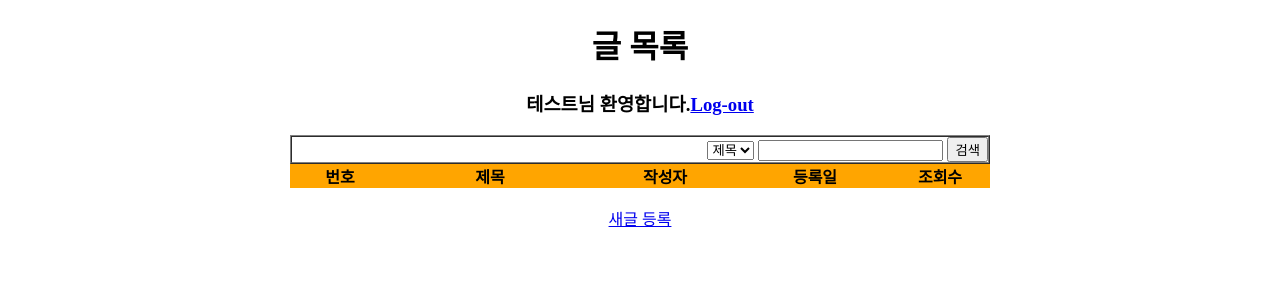
Repository: helena0207/SpringPro
Page: http://localhost/BoardWeb/geBoardList.jsp
An editor plug-in stored every save of this project. The page is shown before and after the next save, followed by the edit.
The browser window is 1280 px wide. The pictures show the whole page.
The page is served by Tomcat 9. Other server files are loaded and not shown. Queries for data that is not in the repository find no rows.

Above is the page before, as saved 2020-12-02 02:37:45.

### BoardWeb/src/main/webapp/geBoardList.jsp
<%@ page import="java.util.List" %>
<%@ page import="com.springbook.biz.board.impl.BoardDAO" %>
<%@ page import="com.springbook.biz.board.BoardVO" %>
<%@ page language="java" contentType="text/html; charset=EUC-KR"
    pageEncoding="EUC-KR"%>

<%
	//1. 사용자 입력 정보 추출(검색 기능은 나중에 구현)
	//2. DB연동 처리
	BoardVO vo=new BoardVO();
	BoardDAO boardDAO=new BoardDAO();
	List<BoardVO> boardList=boardDAO.getBoardList(vo);

	//3. 응답화면 구성
%>
<!DOCTYPE html>
<html>
<head>
<meta http-equiv="Content-Type" content="text/html; charset=EUC-KR">
<title>글 목록</title>
</head>
<body>
<center>
<h1>글 목록</h1>
<h3>테스트님 환영합니다.<a href="logout_proc.jsp">Log-out</a></h3>

<!-- 검색시작 -->
<form action="getBoardList.jsp" method="post">
<table border="1" cellpadding="0" cellspacing="0" width="700">
<tr>
	<td align="right">
	<select name="searchCondition">
	<option value="TITLE">제목
	<option value="CONTENT">내용
	</select>
	<input name="searchKeyword" type="text"/>
	<input type="submit" value="검색"/>
	</td>
</tr>
</table>
</form>

<!-- 검색 종료 -->
<table board="1" cellpadding="0" cellspacing="0" width="700">
<tr>
	<th bgcolor="orange" width="100">번호</th>
	<th bgcolor="orange" width="200">제목</th>
	<th bgcolor="orange" width="150">작성자</th>
	<th bgcolor="orange" width="150">등록일</th>
	<th bgcolor="orange" width="100">조회수</th>
</tr>
<% for(BoardVO board:boardList){ %>
<tr>
	<td><%=board.getSeq() %></td>
	<td align="left"><a href="getBoard.jsp?seq=<%=board.getSeq() %>"><%= board.getTitle() %></a></td>
	<td><%=board.getWriter() %></td>
	<td><%=board.getRegDate() %></td>
	<td><%=board.getCnt() %></td>
</tr>
<%} %>
</table>
<br>
<a href="insertBoard.jsp">새글 등록</a>
</center>

</body>
</html>

### BoardWeb/src/main/java/com/springbook/biz/board/BoardVO.java
package com.springbook.biz.board;

import java.sql.Date;

public class BoardVO {
	private int seq;
	private String title;
	private String writer;
	private String content;
	private Date regDate;
	private int cnt;

	public int getSeq() {
		return seq;
	}
	public void setSeq(int seq) {
		this.seq = seq;
	}
	public String getTitle() {
		return title;
	}
	public void setTitle(String title) {
		this.title = title;
	}
	public String getWriter() {
		return writer;
	}
	public void setWriter(String writer) {
		this.writer = writer;
	}
	public String getContent() {
		return content;
	}
	public void setContent(String content) {
		this.content = content;
	}
	public Date getRegDate() {
		return regDate;
	}
	public void setRegDate(Date regDate) {
		this.regDate = regDate;
	}
	public int getCnt() {
		return cnt;
	}
	public void setCnt(int cnt) {
		this.cnt = cnt;
	}
	@Override
	public String toString() {
		return "BoardVO [seq=" + seq + ", title=" + title + ", writer=" + writer + ", content=" + content + ", regDate="
				+ regDate + ", cnt=" + cnt + "]";
	}
}

### BoardWeb/src/main/java/com/springbook/biz/board/impl/BoardDAO.java
package com.springbook.biz.board.impl;

import java.sql.Connection;
import java.sql.PreparedStatement;
import java.sql.ResultSet;
import java.util.ArrayList;
import java.util.List;

import org.springframework.stereotype.Repository;

import com.springbook.biz.board.BoardVO;
import com.springbook.biz.common.JDBCUtil;

//DAO(data access Object)
@Repository("boardDAO") //클래스 객체 이름 첫글자를 소문자로 변경한다. 기본 생성자가 있어야 한다.
public class BoardDAO {
	//JDBC 관련 변수
	private Connection conn=null;
	private PreparedStatement stmt=null;
	private ResultSet rs=null;

	//SQL 명령어들
	private final String BOARD_INSERT="insert into board(seq, title, writer,content) values((select nvl(max(seq),0)+1 from board),?,?,?)";
	private final String BOARD_UPDATE="update board set title=?, content=? where seq=?";
	private final String BOARD_DELETE="delete board where seq=?";
	private final String BOARD_GET="select * from board where seq=?";
	private final String BOARD_LIST="select * from board order by seq desc limit 5";

	//CRUD기능의 메소드 구현
	//글 등록
	public void insertBoard(BoardVO vo) {
		System.out.println("==>JDBC로 insertBoard() 기능 처리");
		try {
			conn=JDBCUtil.getConnection();
			stmt=conn.prepareStatement(BOARD_INSERT);
			stmt.setString(1,  vo.getTitle());
			stmt.setString(2, vo.getWriter());
			stmt.setString(3, vo.getContent());
			stmt.executeUpdate();

		}catch(Exception e){
			e.printStackTrace();
		}finally {
			JDBCUtil.close(stmt, conn);
		}
	}
	//글 수정
	public void updateBoard(BoardVO vo) {
		System.out.println("==>JDBC로 updateBoard()기능 처리");
		try {
			conn=JDBCUtil.getConnection();
			stmt=conn.prepareStatement(BOARD_UPDATE);
			stmt.setString(1, vo.getTitle());
			stmt.setString(2, vo.getWriter());
			stmt.setString(3, vo.getContent());
			stmt.executeUpdate();
		}catch (Exception e) {
			e.printStackTrace();
		}finally {
			JDBCUtil.close(stmt, conn);
		}
	}
	//글 삭제
	public void deleteBoard(BoardVO vo) {
		System.out.println("==>JDBC로 deleteBoard()기능 처리");
		try {
			conn=JDBCUtil.getConnection();
			stmt=conn.prepareStatement(BOARD_DELETE);
			stmt.setInt(1,vo.getSeq());
			stmt.executeUpdate();
		}catch (Exception e) {
			e.printStackTrace();
		}finally {
			JDBCUtil.close(stmt, conn);
		}
	}
	//글 상세 조회
	public BoardVO getBoard(BoardVO vo) {
		System.out.println("==> JDBC로 getBoard()기능 처리");
		BoardVO board=null;
		try {
			conn=JDBCUtil.getConnection();
			stmt=conn.prepareStatement(BOARD_GET);
			stmt.setInt(1, vo.getSeq());
			rs=stmt.executeQuery();
			if(rs.next()) {
				board=new BoardVO();
				board.setSeq(rs.getInt("SEQ"));
				board.setTitle(rs.getString("TITLE"));
				board.setWriter(rs.getString("WRITER"));
				board.setContent(rs.getString("CONTENT"));
				board.setRegDate(rs.getDate("REGDATE"));
				board.setCnt(rs.getInt("CNT"));
			}
		}catch(Exception e) {
			e.printStackTrace();
		}finally {
			JDBCUtil.close(rs, stmt, conn);
		}
		return board;
	}
	//글 목록 조회
	public List<BoardVO> getBoardList(BoardVO vo){
		System.out.println("==>JDBC로 getBoardList() 기능 처리");
		List<BoardVO> boardList=new ArrayList<BoardVO>();
		try {
			conn=JDBCUtil.getConnection();
			stmt=conn.prepareStatement(BOARD_LIST);
			rs=stmt.executeQuery();
			while(rs.next()) {
				BoardVO board=new BoardVO();
				board.setSeq(rs.getInt("SEQ"));
				board.setTitle(rs.getString("TITLE"));
				board.setWriter(rs.getString("WRITER"));
				board.setContent(rs.getString("CONTENT"));
				board.setRegDate(rs.getDate("REGDATE"));
				board.setCnt(rs.getInt("CNT"));
				boardList.add(board);
			}
		}catch(Exception e) {
			e.printStackTrace();
		}finally {
			JDBCUtil.close(rs, stmt, conn);
		}
		return boardList;
	}
}

### BoardWeb/src/main/java/com/springbook/biz/common/JDBCUtil.java
package com.springbook.biz.common;

import java.sql.Connection;
import java.sql.DriverManager;
import java.sql.PreparedStatement;
import java.sql.ResultSet;


public class JDBCUtil {
	public static Connection getConnection() {
		try {
			Class.forName("org.h2.Driver");
			return DriverManager.getConnection("jdbc:h2:tcp://localhost/~/test", "sa","");
		}catch(Exception e) {
			e.printStackTrace();
		}
		return null;
	}
	public static void close(PreparedStatement stmt, Connection conn) {
		if(stmt !=null) {
			try {
				if(!stmt.isClosed()) stmt.close();
			}catch (Exception e) {
				e.printStackTrace();
			}finally {
				stmt=null;
			}
		}

		if(conn !=null) {
			try {
				if(!conn.isClosed()) conn.close();
			}catch (Exception e) {
				e.printStackTrace();
			}finally {
				conn=null;
			}
		}
	}
	public static void close(ResultSet rs, PreparedStatement stmt, Connection conn) {
		if(rs !=null) {
			try {
				if(!rs.isClosed()) rs.close();
			}catch(Exception e) {
				e.printStackTrace();
			}finally {
				rs=null;
			}
		}
		if(stmt !=null) {
			try {
				if(!stmt.isClosed()) stmt.close();
			}catch(Exception e) {
				e.printStackTrace();
			}finally {
				stmt=null;
			}
		}
		if(conn !=null) {
			try {
				if(!conn.isClosed()) conn.close();
			}catch(Exception e) {
				e.printStackTrace();
			}finally {
				conn=null;
			}
		}
	}
}

After the next save:
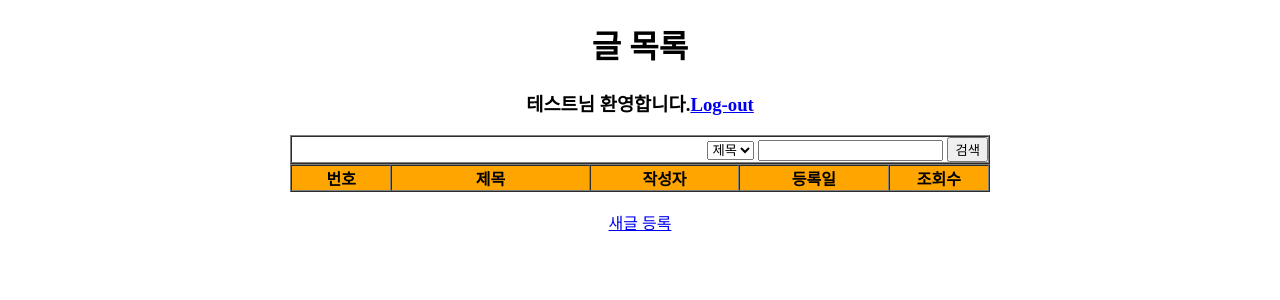
Saved 65 s later.
--- a/BoardWeb/src/main/webapp/geBoardList.jsp
+++ b/BoardWeb/src/main/webapp/geBoardList.jsp
@@ -41,7 +41,7 @@
 </form>
 
 <!-- 검색 종료 -->
-<table board="1" cellpadding="0" cellspacing="0" width="700">
+<table border="1" cellpadding="0" cellspacing="0" width="700">
 <tr>
 	<th bgcolor="orange" width="100">번호</th>
 	<th bgcolor="orange" width="200">제목</th>

After the save that followed:
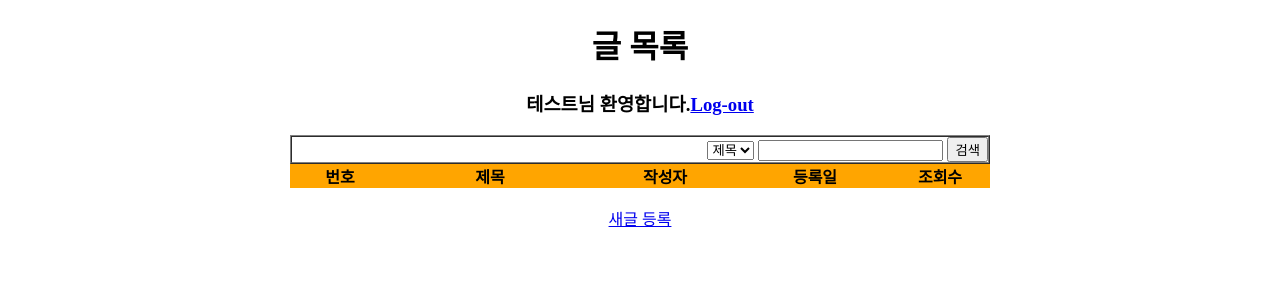
Saved 17 s later.
--- a/BoardWeb/src/main/webapp/geBoardList.jsp
+++ b/BoardWeb/src/main/webapp/geBoardList.jsp
@@ -41,7 +41,7 @@
 </form>
 
 <!-- 검색 종료 -->
-<table border="1" cellpadding="0" cellspacing="0" width="700">
+<table border="0.5" cellpadding="0" cellspacing="0" width="700">
 <tr>
 	<th bgcolor="orange" width="100">번호</th>
 	<th bgcolor="orange" width="200">제목</th>
